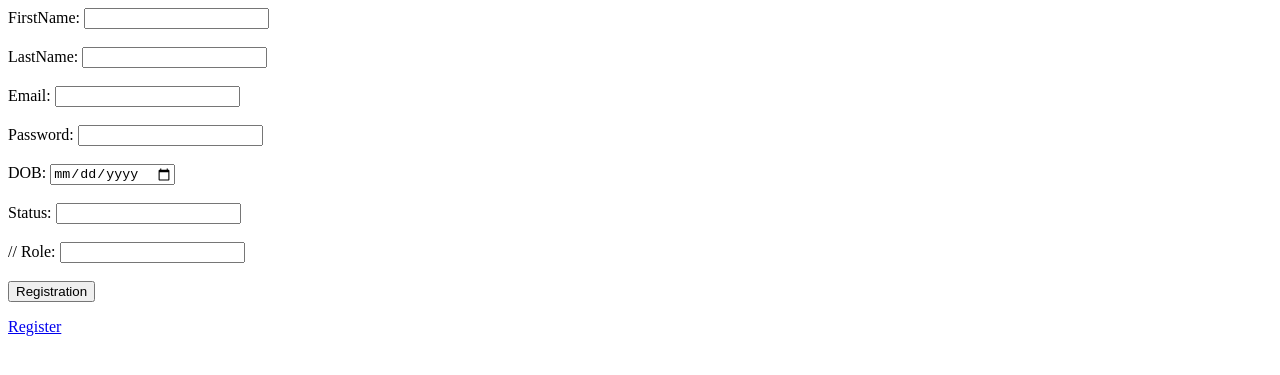
Repository: KD3-86679-Shraddha-Jadhav/AdvancesJava
Page: Assign02/ElectionManagements/src/main/webapp/newuser.html
An editor plug-in stored every save of this project. The page is shown before and after the next save, followed by the edit.
The browser window is 1280 px wide. The pictures show the whole page.

Above is the page before, as saved 2024-12-03 17:43:17.

After the next save:
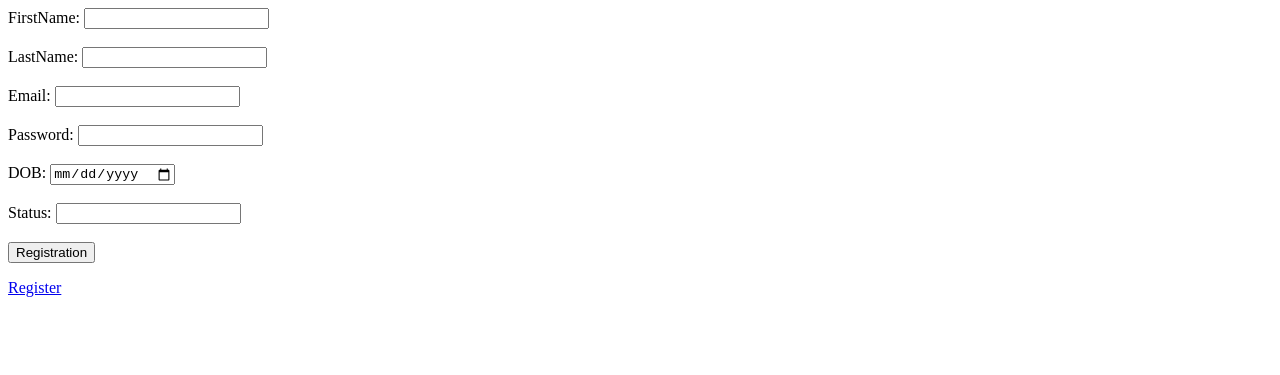
Saved 59 s later.
--- a/Assign02/ElectionManagements/src/main/webapp/newuser.html
+++ b/Assign02/ElectionManagements/src/main/webapp/newuser.html
@@ -13,7 +13,7 @@
           Password: <input type="text" name="passwd"/> <br></br>
           DOB: <input type="date" name="dob"/> <br></br>
           Status: <input type="int" name="status"/> <br></br>
-         // Role: <input type="text" name="role"/> <br></br>
+
           <input type="submit" value="Registration"/>
           <p>
                  <a href="index.html">Register</a>
